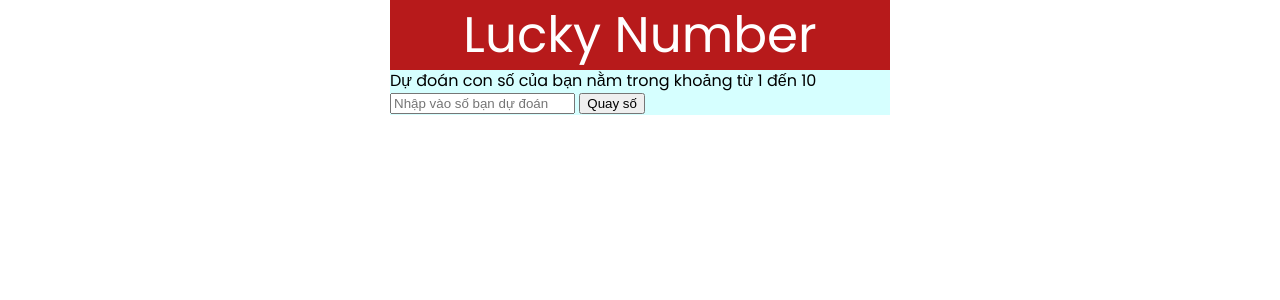
Repository: whis16720/PhuNguyen-C4EJS-D15
Page: index.html
The author's editor kept a copy of each file at every save. The page is drawn from the files as they stood at one save, then again after the next save.
The browser window is 1280 px wide. The pictures show the whole page.
The style sheet was rebuilt from its Sass, Less or Tailwind sources for each picture, by a compiler version that may differ from the author's.

Above is the page before, as saved 2020-09-22 19:36:28.

### index.html
<!DOCTYPE html>
<html lang="en">
<head>
	<meta charset="UTF-8">
	<meta name="viewport" content="width=device-width, initial-scale=1.0">
	<title>Document</title>
	<link rel="stylesheet" href="style.css">
	<link rel="stylesheet" href="reset.css">
	<link href="https://fonts.googleapis.com/css2?family=Poppins:wght@200;300;400;600;700&display=swap" rel="stylesheet">
	<script src="index.js"></script>
</head>
<body>
	<div class="game">
		<h1 class="game__name">Lucky Number</h1>
		<p class="game__details">Dự đoán con số của bạn nằm trong khoảng từ 1 đến 10</p>
		<form class="game__input">
			<input type="text" placeholder="Nhập vào số bạn dự đoán" class="game__number">
			<button class="game__btn">Quay số</button>
		</form>

	</div>
</body>
</html>

### style.scss
.game {
	font-family: "Poppins", sans-serif;
	line-height: 1.4;
	width: 500px;
	margin: auto;
	background-color: #d6ffff;
	&__name {
		text-align: center;
		font-size: 50px;
		background-color: #b71a1b;
		color: white;
	}
}

Loaded but not shown: reset.css (common file); index.js (no copy from this time; the picture is the same without it)

After the next save:
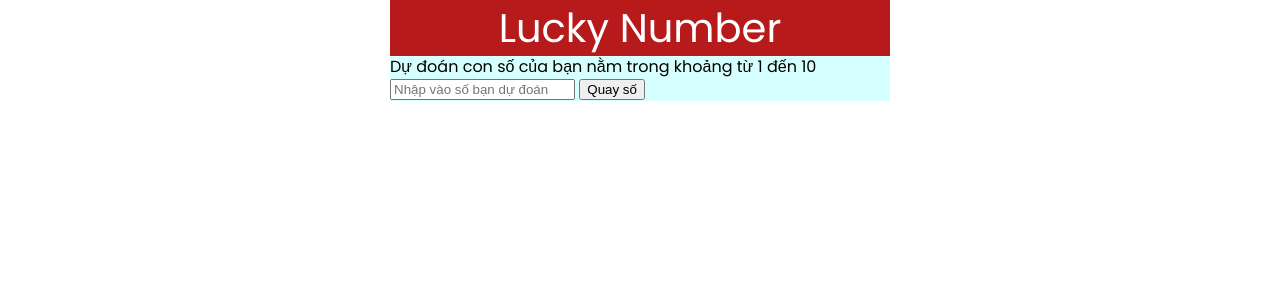
Saved 6 s later.
--- a/style.scss
+++ b/style.scss
@@ -6,7 +6,7 @@
 	background-color: #d6ffff;
 	&__name {
 		text-align: center;
-		font-size: 50px;
+		font-size: 40px;
 		background-color: #b71a1b;
 		color: white;
 	}

After the save that followed:
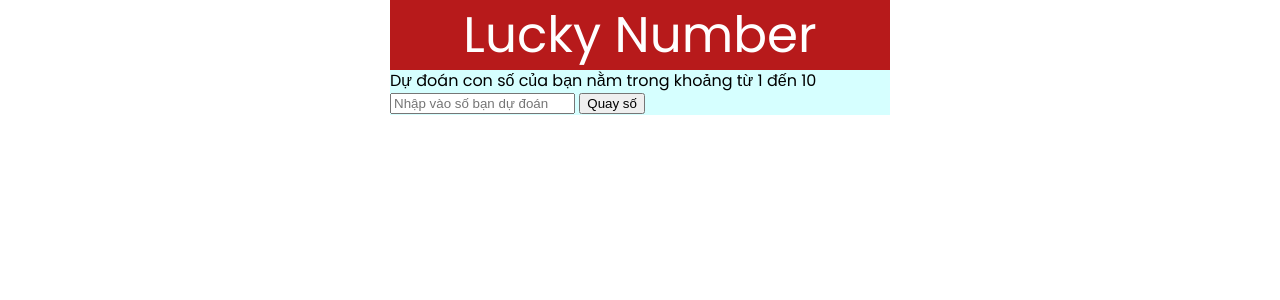
Saved 6 s later.
--- a/style.scss
+++ b/style.scss
@@ -6,7 +6,7 @@
 	background-color: #d6ffff;
 	&__name {
 		text-align: center;
-		font-size: 40px;
+		font-size: 50px;
 		background-color: #b71a1b;
 		color: white;
 	}
